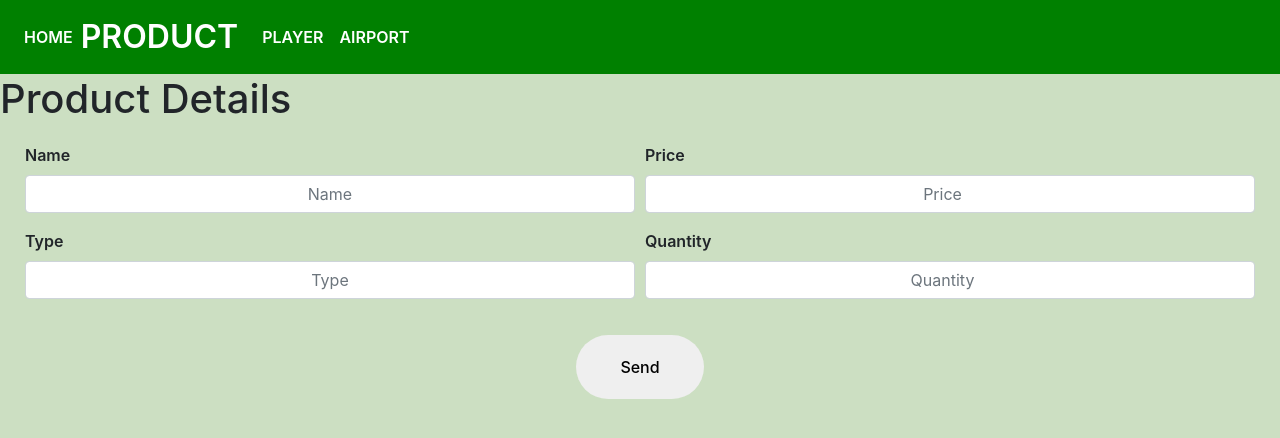
Repository: 05Mohammedismail/xworkz--Advance-Java
Page: http://localhost/Sep13_JSP/product.jsp
These files come from the project's save history. The page is drawn as it stood at one moment and after the next save; the edit follows.
The browser window is 1280 px wide. The pictures show the whole page.
The page is served by Tomcat 9. Other server files are loaded and not shown.

Above is the page before, as saved 2023-09-13 15:53:25.

### Sep13_JSP/src/main/webapp/product.jsp
<%@ page language="java" contentType="text/html; charset=ISO-8859-1"
    pageEncoding="ISO-8859-1"%>
<!doctype html>
<html lang="en">
  <head>
    <meta charset="utf-8">
    <meta name="viewport" content="width=device-width, initial-scale=1">
    <title>MY-JSP</title>
<link rel="stylesheet" href="https://cdn.jsdelivr.net/npm/bootstrap@4.1.3/dist/css/bootstrap.min.css" integrity="sha384-MCw98/SFnGE8fJT3GXwEOngsV7Zt27NXFoaoApmYm81iuXoPkFOJwJ8ERdknLPMO" crossorigin="anonymous">

<style type="text/css">

body{
background-color: rgb(204, 223, 194);
}
.navbar-brand{
font-size: 2em;
}
.navbar{
background: green;
margin-bottom: 1px;
font-weight:600;
color: white;
}
.nav-link:hover{
text-decoration: underline;
}

.form-row{
margin: 20px;
position: relative;
}

.send{
position: absolute;
right: 45%;
border-radius: 40px;
height: 4em;
width: 8em;
outline: none;
border: none;
font-weight: 500;
}

.form-control{
text-align: center;
}

.form-group label{
font-weight: 600;
}

</style>
</head>

  <body>
   <nav class="navbar navbar-expand-lg navbar-light">

  <div class="collapse navbar-collapse" id="navbarNav">
    <ul class="navbar-nav">
      <li class="nav-item">
        <a class="nav-link text-white" href="index.jsp">HOME</a>
      </li>
      </ul>


      <a class="navbar-brand">PRODUCT</a>
  <button class="navbar-toggler" type="button" data-toggle="collapse" data-target="#navbarNav" aria-controls="navbarNav" aria-expanded="false" aria-label="Toggle navigation">
    <span class="navbar-toggler-icon"></span>
  </button>

      <ul class="navbar-nav">
      <li class="nav-item">
        <a class="nav-link text-white" href="player.jsp">PLAYER</a>
      </li>
      <li class="nav-item">
        <a class="nav-link text-white" href="airport.jsp">AIRPORT</a>
      </li>
    </ul>
  </div>
</nav>

<h1>Product Details</h1>
<form>
  <div class="form-row">
    <div class="form-group col-md-6">
      <label class="label">Name</label>
      <input type="text" class="form-control" placeholder="Name">
    </div>

    <div class="form-group col-md-6">
      <label>Price</label>
      <input type="number" class="form-control" placeholder="Price">
    </div>

    <div class="form-group col-md-6">
      <label >Type</label>
      <input type="text" class="form-control" placeholder="Type">
    </div>

    <div class="form-group col-md-6">
      <label>Quantity</label>
      <input type="number" class="form-control" placeholder="Quantity">
    </div>
 </div>
 <input class="send" type="submit" value="Send">
</form>
    <script src="https://cdn.jsdelivr.net/npm/bootstrap@5.3.1/dist/js/bootstrap.bundle.min.js" integrity="sha384-HwwvtgBNo3bZJJLYd8oVXjrBZt8cqVSpeBNS5n7C8IVInixGAoxmnlMuBnhbgrkm" crossorigin="anonymous"></script>
  </body>
</html>

After the next save:
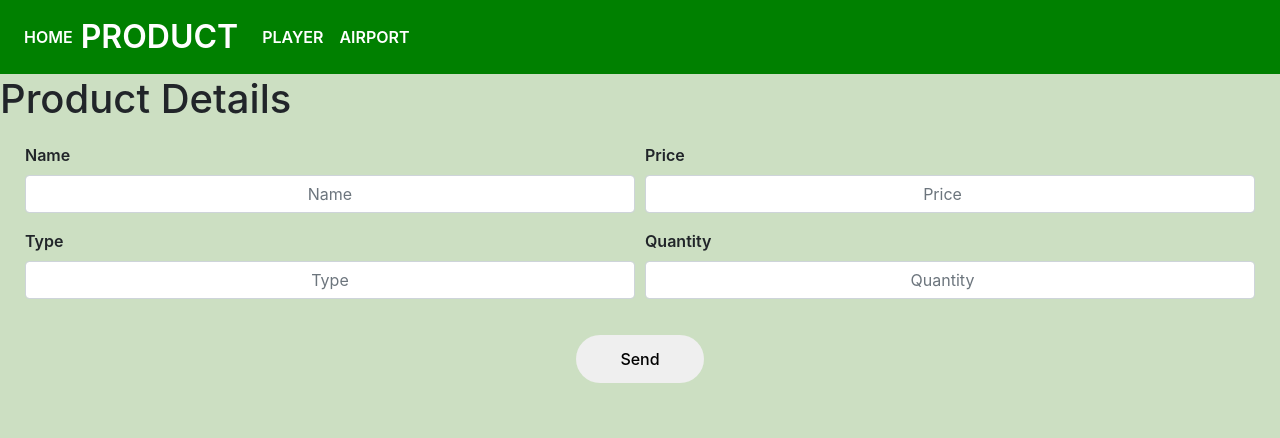
Saved 17 s later.
--- a/Sep13_JSP/src/main/webapp/product.jsp
+++ b/Sep13_JSP/src/main/webapp/product.jsp
@@ -35,7 +35,7 @@ position: relative;
 position: absolute;
 right: 45%;
 border-radius: 40px;
-height: 4em;
+height: 3em;
 width: 8em;
 outline: none;
 border: none;
